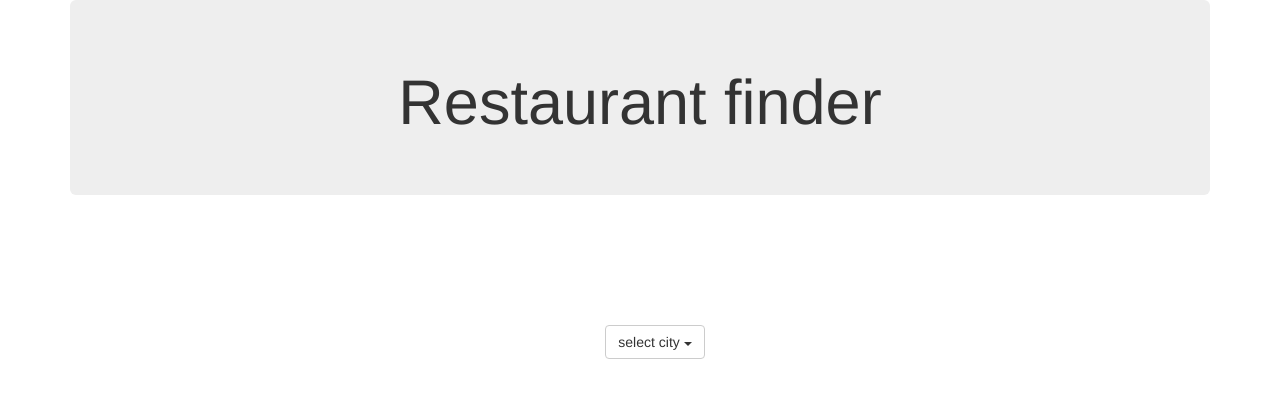
Repository: ganz-95/Denuvo-final
Page: http://localhost/restaurant/
The author's editor kept a copy of each file at every save. The page is drawn from the files as they stood at one save, then again after the next save.
The browser window is 1280 px wide. The pictures show the whole page.
Some web libraries are served in a nearby version. The page is served by Tomcat 9.

Above is the page before, as saved 2017-01-23 15:22:13.

After the next save:
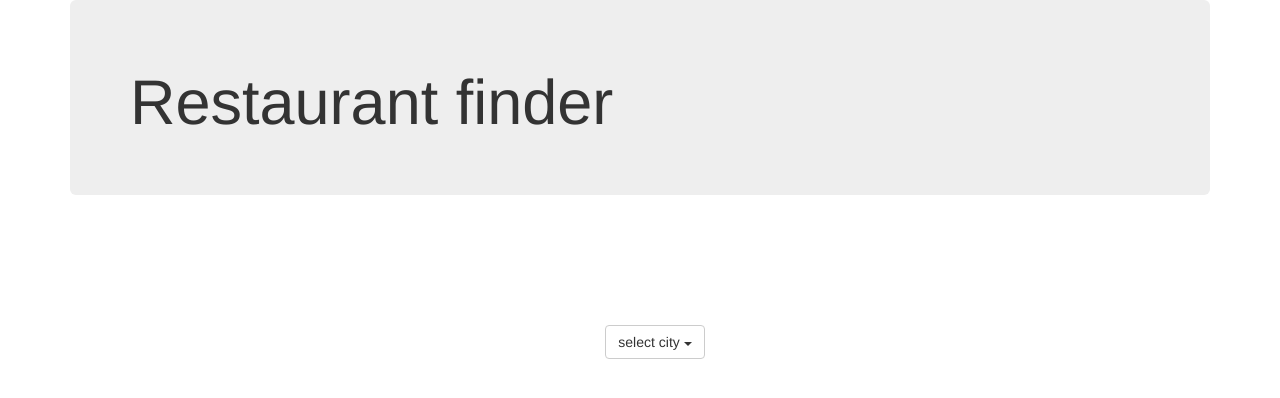
Saved 7 min 54 s later.
--- a/workspace/restaurant/src/main/webapp/index.jsp
+++ b/workspace/restaurant/src/main/webapp/index.jsp
@@ -7,7 +7,7 @@
   <script src="https://maxcdn.bootstrapcdn.com/bootstrap/3.3.7/js/bootstrap.min.js"></script>
 </head>
 <body>
-<div class="container" align="center" >
+<div class="container" >
   <div class="jumbotron">
     <h1>              Restaurant finder             </h1>
      </div>
